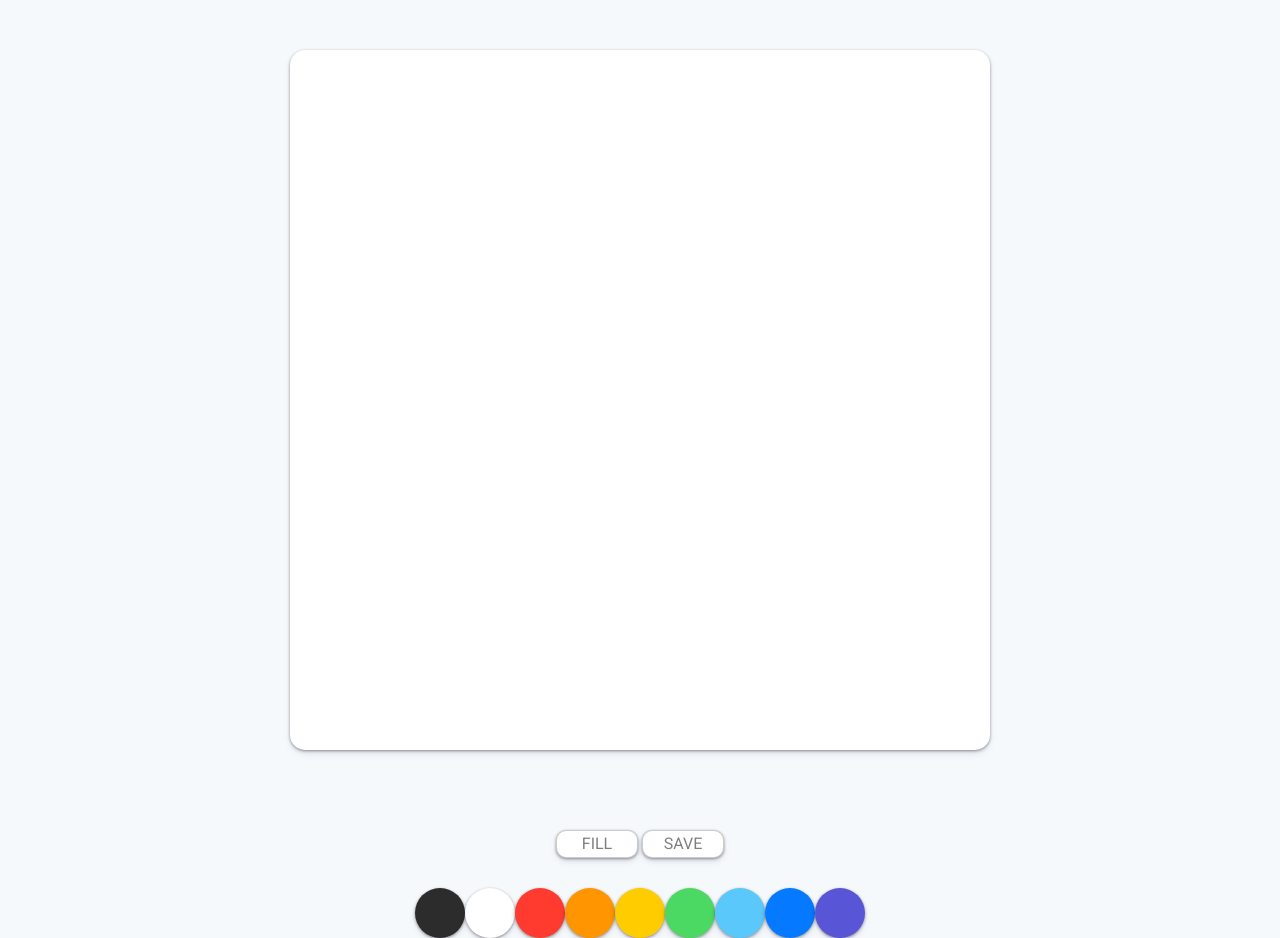
Repository: haleyjung/paintjs
Page: index.html
An editor plug-in stored every save of this project. The page is shown before and after the next save, followed by the edit.
The browser window is 1280 px wide. The pictures show the whole page.

Above is the page before, as saved 2020-11-24 22:58:46.

After the next save:
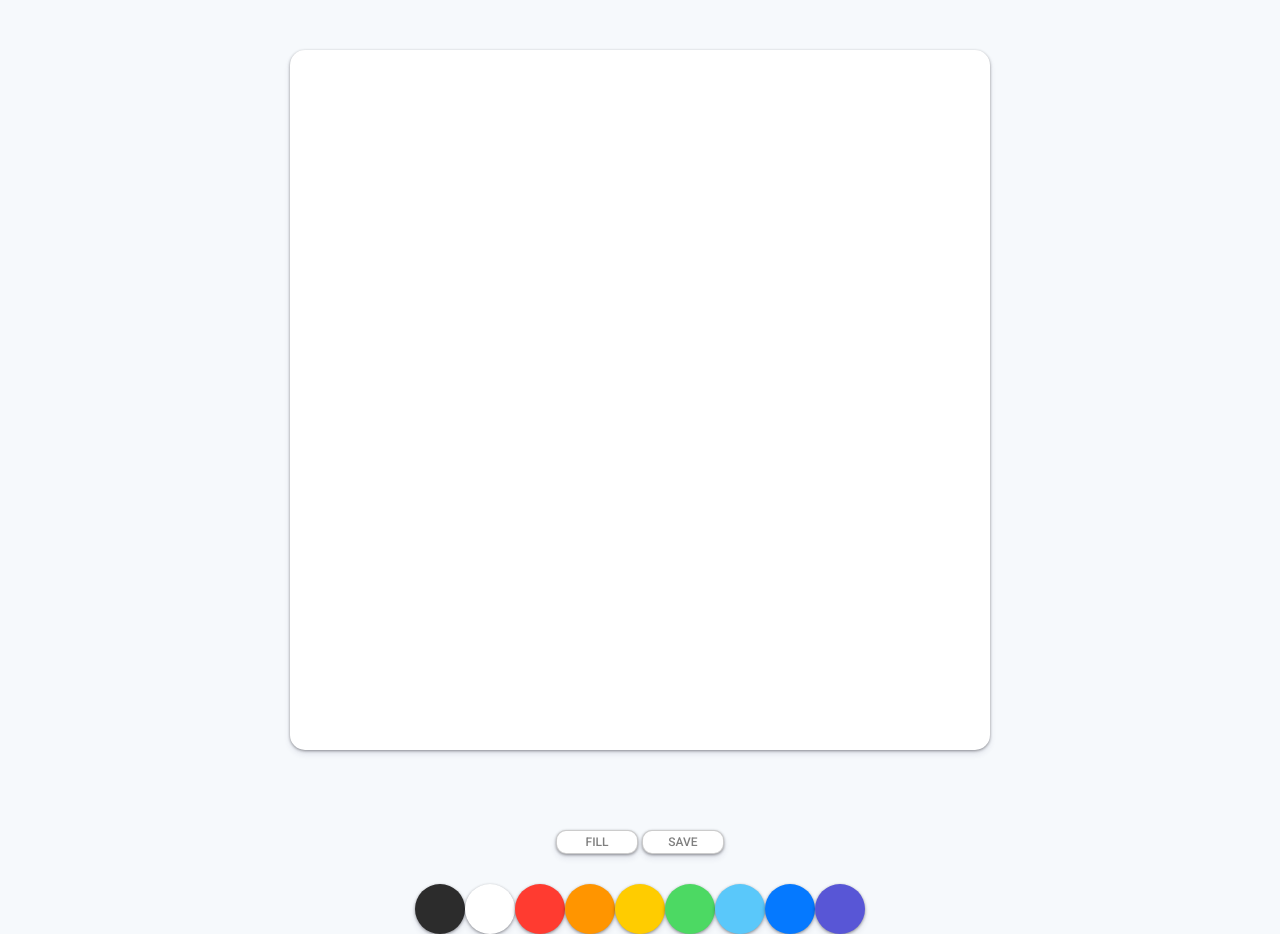
Saved 18 s later.
--- a/style.css
+++ b/style.css
@@ -41,6 +41,8 @@ body {
   color: rgba(0, 0, 0, 0.5);
   box-shadow: 0 4px 6px rgba(50, 50, 93, 0.11), 0 1px 3px rgba(0, 0, 0, 0.4);
   text-transform: uppercase;
+  font-weight: 500;
+  font-size: 12px;
 }
 
 .controls__btns button:active {
